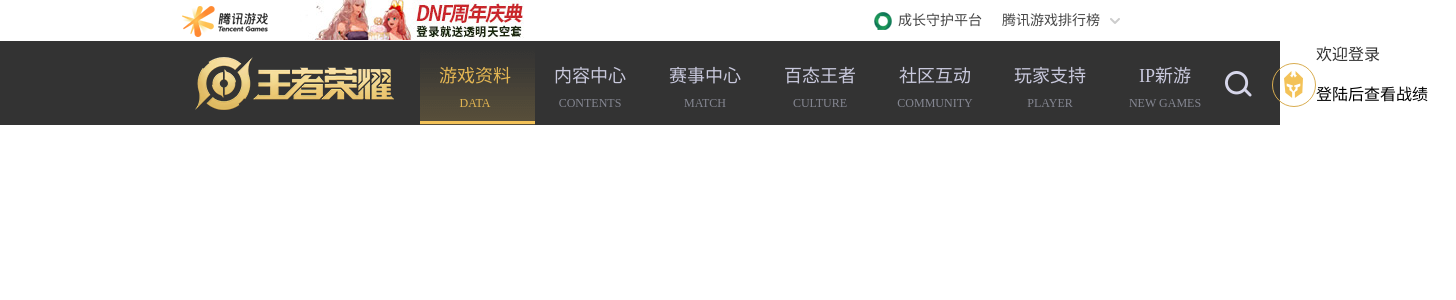
Repository: zhangwen001208/Honor-kings
Page: index.html
These files come from the project's save history. The page is drawn as it stood at one moment and after the next save; the edit follows.
The browser window is 1280 px wide. The page is 1446 px wide, then 1456 px, so the pictures cover 1456 px, including what lies to the right of the window. The pictures show the whole page.

Above is the page before, as saved 2022-06-18 12:26:14.

After the next save:
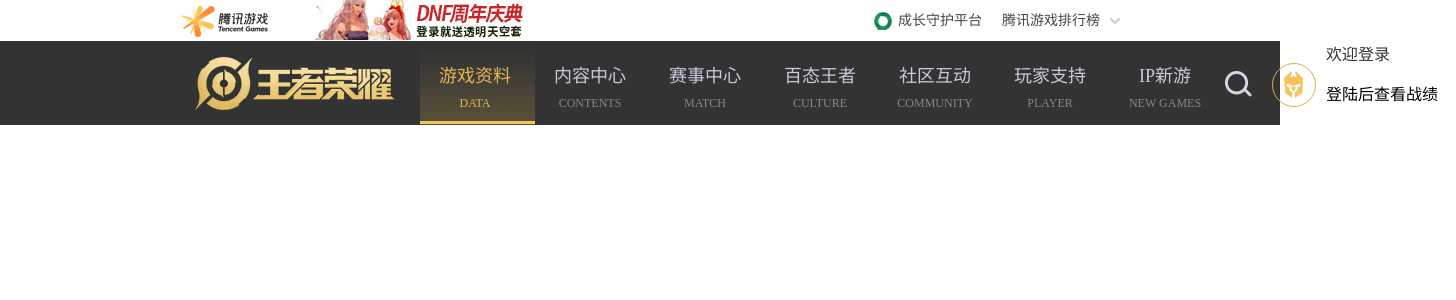
Saved 49 s later.
--- a/index.html
+++ b/index.html
@@ -166,9 +166,11 @@
             border-radius: 42px;
         }
         .header .right-area .login_pannle .login {
+            margin-left: 10px;
             width: 130px;
             height: 45px;
         }
+
 
 
     </style>
@@ -260,7 +262,7 @@
                         <img src="./image/dewonld.png" >
                     </a>
                     <div class="login">
-                        <a href="#">欢迎登录</a>
+                        <a href="#" >欢迎登录</a>
                         <p class="per_info">登陆后查看战绩</p>
                     </div>
 
